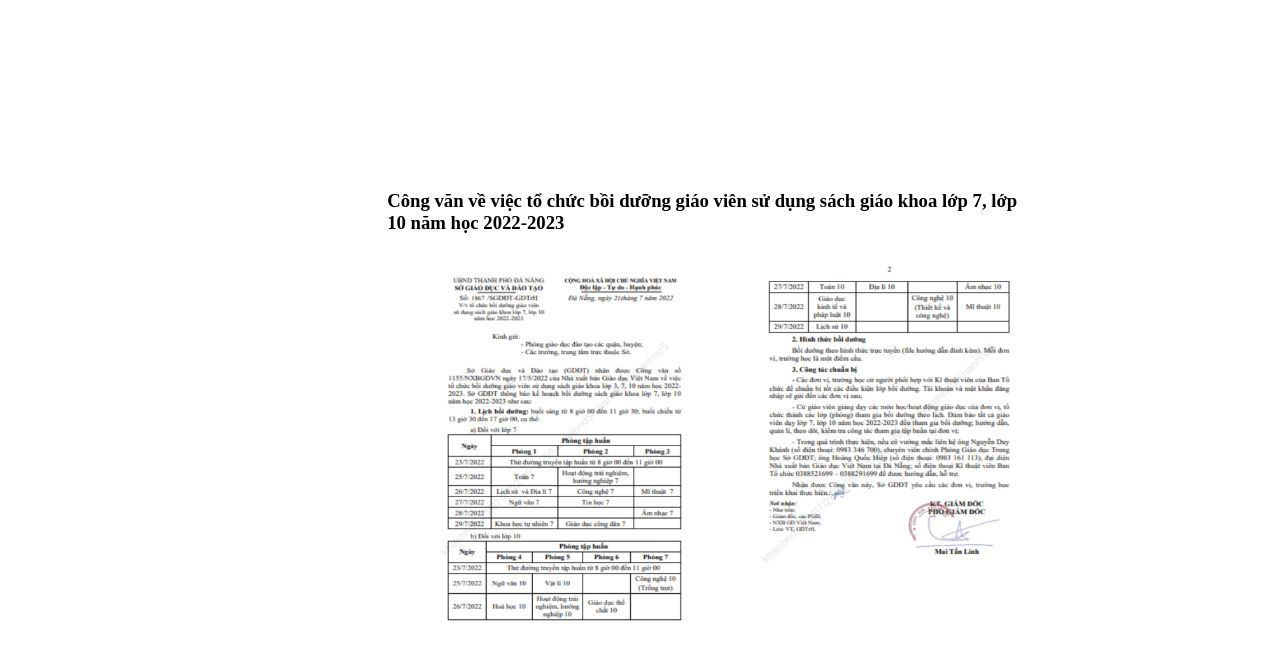
Repository: dphasst17/THPTVCC
Page: document/document_content/dc1.html
These files come from the project's save history. The page is drawn as it stood at one moment and after the next save; the edit follows.
The browser window is 1280 px wide. The pictures show the whole page.

Above is the page before, as saved 2022-10-14 12:23:30.

### document/document_content/dc1.html
<!DOCTYPE html>
<html lang="en">
<head>
    <meta charset="UTF-8">
    <meta http-equiv="X-UA-Compatible" content="IE=edge">
    <meta name="viewport" content="width=device-width, initial-scale=1.0">
    <style>
        .content{
            width:650px;
            height:450px;
            margin-left:30%;
            margin-top:15%;
        }
        img{
            display:inline-flex;
            width:300px;
            height:400px;
            justify-content: center;
            align-items: center;
            margin-left:20px;
        }
    </style>
</head>
<body>
    <div class="content">
        <h3>Công văn về việc tổ chức bồi dưỡng giáo viên sử dụng sách giáo khoa lớp 7, lớp 10 năm học 2022-2023</h3>
        <img src="../document/Ảnh chụp màn hình (179).png" alt="">
        <img src="../document/Ảnh chụp màn hình (180).png" alt="">
    </div>
</body>
</html>

After the next save:
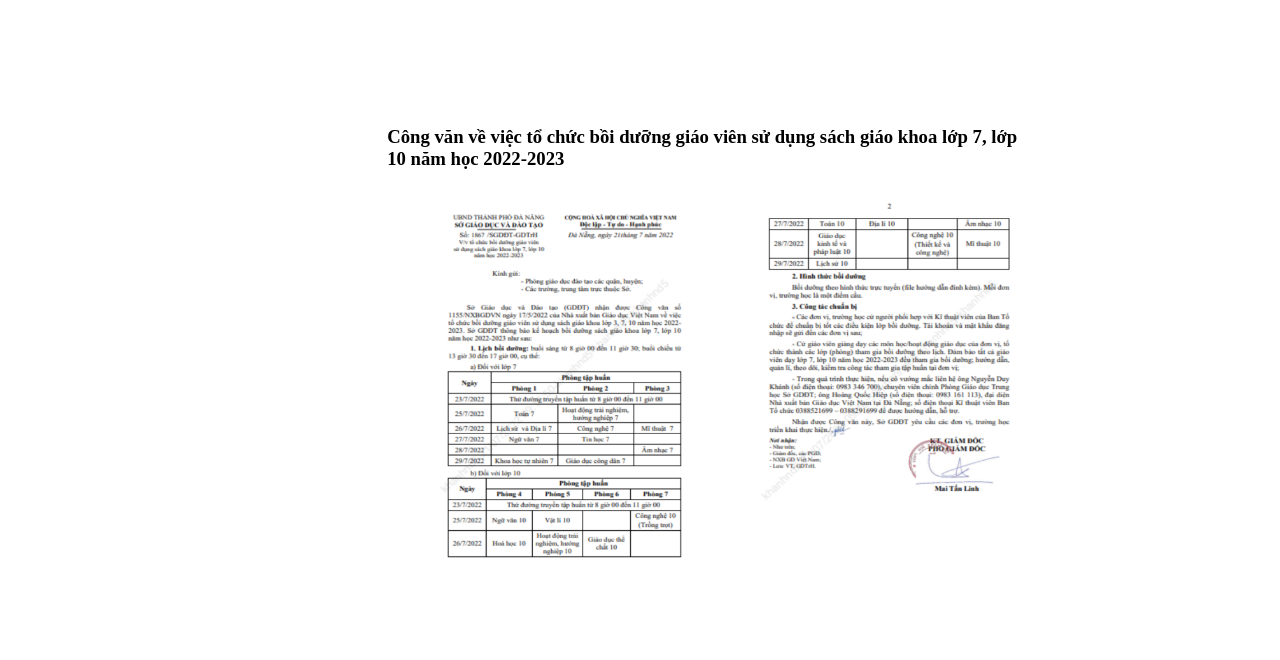
Saved 14 s later.
--- a/document/document_content/dc1.html
+++ b/document/document_content/dc1.html
@@ -9,7 +9,7 @@
             width:650px;
             height:450px;
             margin-left:30%;
-            margin-top:15%;
+            margin-top:10%;
         }
         img{
             display:inline-flex;
